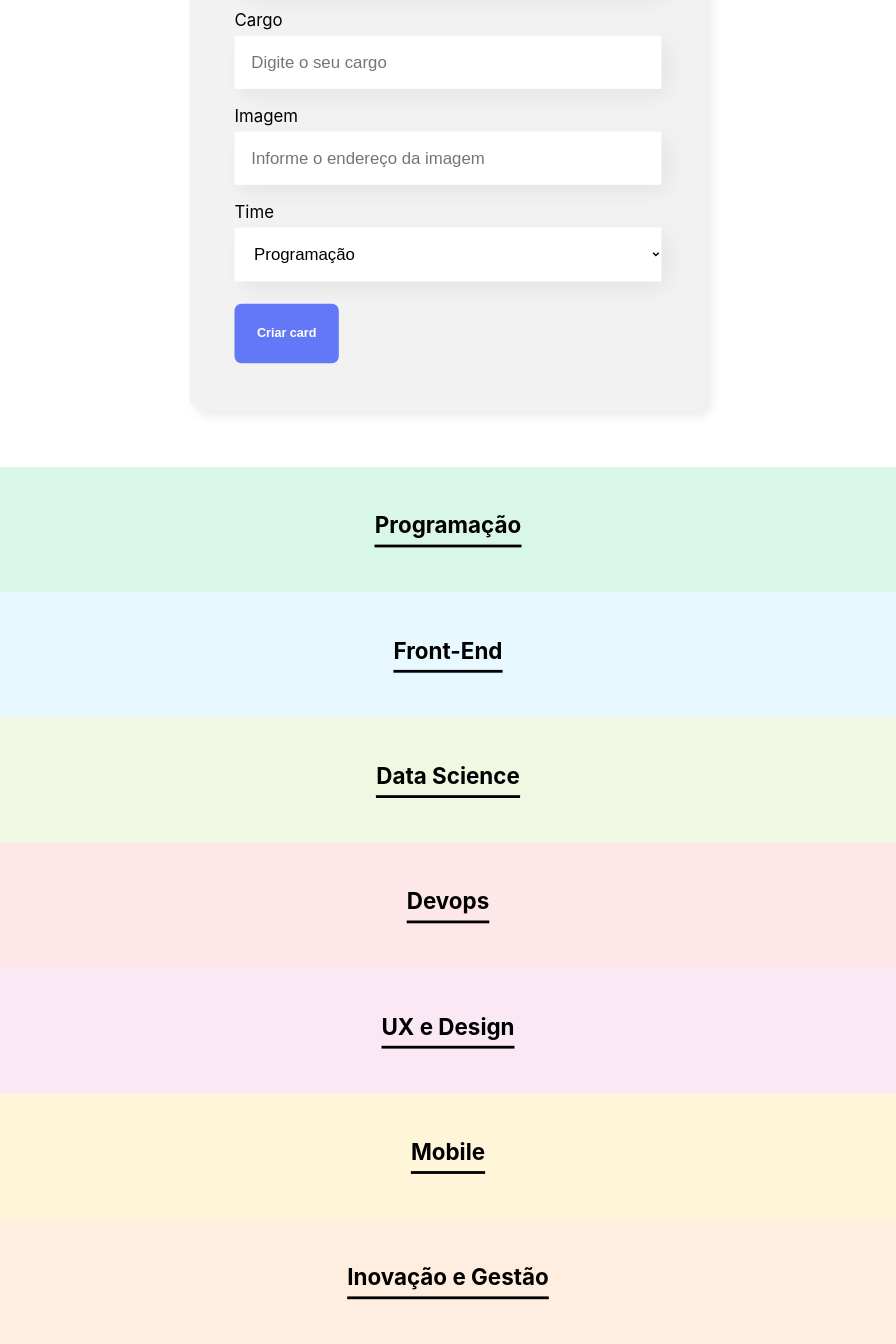
Repository: devMuriloOliveira/organo
Page: /
The author's editor kept a copy of each file at every save. The page is drawn from the files as they stood at one save, then again after the next save.
The browser window is 1280 px wide. The pictures show the part of the page from y = 810 to 2730 px (the page is 2730 px tall), at 70% of full size.
The project was rebuilt for these pictures with package versions that can differ from the ones it lists, and the page was loaded fresh each time.

Above is the page before, as saved 2023-01-13 16:04:12.

### src/App.js

import { useState } from 'react'
import Banner from './componentes/Banner/Banner'
import Formulario from './componentes/Formulario'
import Time from './componentes/Time'


function App() {

  const times = [
    {
      nome: 'Programação',
      corPrimaria: '#57C278',
      corSecundaria: '#D9F7E9'
    },
    {
      nome: 'Front-End',
      corPrimaria: '#82CFFA',
      corSecundaria: '#E8F8FF'
    },
    {
      nome: 'Data Science',
      corPrimaria: '#A6D157',
      corSecundaria: '#F0F8E2'
    },
    {
      nome: 'Devops',
      corPrimaria: '#E06B69',
      corSecundaria: '#FDE7E8'
    },
    {
      nome: 'UX e Design',
      corPrimaria: '#DB6EBF',
      corSecundaria: '#FAE9F5'
    },
    {
      nome: 'Mobile',
      corPrimaria: '#FFBA05',
      corSecundaria: '#FFF5D9'
    },
    {
      nome: 'Inovação e Gestão',
      corPrimaria: '#FF8A29',
      corSecundaria: '#FFEEDF'
    }

  ]

  const [colaboradores, setColaboradores] = useState([])

  const aoNovoColaboradorAdicionado = (colaborador) => {
    console.log(colaborador)
    setColaboradores([...colaboradores, colaborador])
  }

  return (
    <div className="App">
      <Banner/>
      <Formulario aoColaboradorCadastrado={colaborador => aoNovoColaboradorAdicionado(colaborador)} />
      {times.map(time => <Time key={time.nome} nome={time.nome} corPrimaria={time.corPrimaria} corSecundaria={time.corSecundaria}/>)}

    </div>
  )
}

export default App

### src/componentes/Banner/Banner.js
import './Banner.css'

function Banner() {
  return (
    <header className="banner">
      <img src="/imagens/banner.png" alt="O banner principal da pagina Organo"/>
    </header>


    )

}

export default Banner

### src/componentes/Formulario/index.js
import { useState } from 'react'
import Botao from '../Botao'
import CampoTexto from '../CampoTexto'
import ListaSuspensa from '../ListaSuspensa'
import './Formulario.css'

const Formulario = (props) =>{

    const times = [
      'Programação',
      'Front-End',
      'Data Science',
      'Devops',
      'UX e Design',
      'Mobile',
      'Inovação e Gestão'
    ]

    const [nome, setNome] = useState('')
    const [cargo, setCargo] = useState('')
    const [imagem, setImagem] = useState('')
    const [time, setTime] = useState('')



    const aoSalvar = (evento) => {
      evento.preventDefault()
      props.aoColaboradorCadastrado({
        nome,
        cargo,
        imagem,
        time
      })
    }

  return(

    <section className='formulario'>
      <form onSubmit={aoSalvar}>
        <h2>Preencha os dados para criar o card do colaborador.</h2>
      <CampoTexto
      obrigatorio={true}
      label="Nome"
      placeholder="Digite o seu nome"
      valor={nome}
      aoAuterado={valor => setNome(valor)}/>

      <CampoTexto
      obrigatorio={true}
      label="Cargo"
      placeholder="Digite o seu cargo"
      valor={cargo}
      aoAuterado={valor => setCargo(valor)}/>

      <CampoTexto
       label="Imagem"
       placeholder="Informe o endereço da imagem"
       valor={imagem}
       aoAuterado={valor => setImagem(valor)}/>
      <ListaSuspensa
      obrigatorio={true}
      label="Time"
       itens={times}
       valor={time}
       aoAuterado={valor => setTime(valor)}/>
      <Botao>
        Criar card
      </Botao>
      </form>
    </section>
  )
}

export default Formulario

### src/componentes/Time/index.js
import './Time.css'

const Time = (props) => {
  const css = { backgroundColor: props.corSecundaria}
  return(
    <section className='time' style={css}>
      <h3>{props.nome}</h3>
    </section>
  )
}

export default Time

### src/componentes/Banner/Banner.css
.banner {
  background-color: #6278F7;
  text-align: center;
}

.banner img {
  max-width: 100%;
}

### src/componentes/Botao/index.js
import './Botao.css'

const Botao = (props) =>{
  return(
      <button className='botao'>
        {props.children}
      </button>
  )
}

export default Botao

### src/componentes/CampoTexto/index.js
import './CampoTexto.css'

const CampoTexto = (props) =>{



  const aiDigitado = (evento) =>{
  props.aoAuterado(evento.target.value)
}

  return(
    <div className="campo-texto">
      <label>{props.label}</label>
      <input value={props.valor} onChange={aiDigitado} required={props.obrigatorio} placeholder={props.placeholder}/>
    </div>
  )
}

export default CampoTexto

### src/componentes/ListaSuspensa/index.js
import './ListaSuspensa.css'

const ListaSuspensa = (props) => {
  return(
    <div className='lista-suspensa'>
        <label>{props.label}</label>
        <select onChange={evento => props.aoAuterado(evento.target.value)} required={props.required} value={props.value}>
          {props.itens.map(item => {
            return <option key={item}>{item}</option>
          })}
        </select>
    </div>
  )
}

export default ListaSuspensa

### src/componentes/Formulario/Formulario.css
.formulario {
  display: flex;
  justify-content: center;
  margin: 80px 0;
}

.formulario form {
  max-width: 80%;
  background-color: #f2f2f2;
  border-radius: 20px;
  padding: 36px 64px;
  box-shadow: 8px 8px 16px rgba(0, 0, 0, 0.08);
}

### src/componentes/Time/Time.css
.time {
  text-align: center;
  padding: 32px;

}

.time h3 {
  font-size: 32px;
  border-bottom: 4px solid;
  display: inline-block;
  padding-bottom: 8px;

}

### src/componentes/Botao/Botao.css
.botao {
  background-color: #6278F7;
  border-radius: 10px;
  font-weight: 700;
  font-size: 18px;
  padding: 32px;
  border: none;
  cursor: pointer;
  color: #fff;
  margin: 32px 0;
}

.botao:hover {
  color: #95ffd4;
}

### src/componentes/CampoTexto/CampoTexto.css
.campo-texto {
  margin: 24px 0;
}

.campo-texto label {
  display: block;
  margin-bottom: 8px;
  font-size: 24px;
}

.campo-texto input {
  background-color: #fff;
  box-shadow: 10px 10px 30px rgba(0, 0, 0, 0.06);
  width: 100%;
  border: none;
  font-size: 24px;
  padding: 24px;
  box-sizing: border-box;
}

### src/componentes/ListaSuspensa/ListaSuspensa.css
.lista-suspensa label {
  display: block;
  margin-bottom: 8px;
  font-size: 24px;
}

.lista-suspensa select {
  background-color: #fff;
  box-shadow: 10px 10px 30px rgba(0, 0, 0, 0.06);
  width: 100%;
  border: none;
  font-size: 24px;
  padding: 24px;
  box-sizing: border-box;
}

Loaded but not shown: public/index.html (common file); src/index.js (common file); src/index.css (common file)

After the next save:
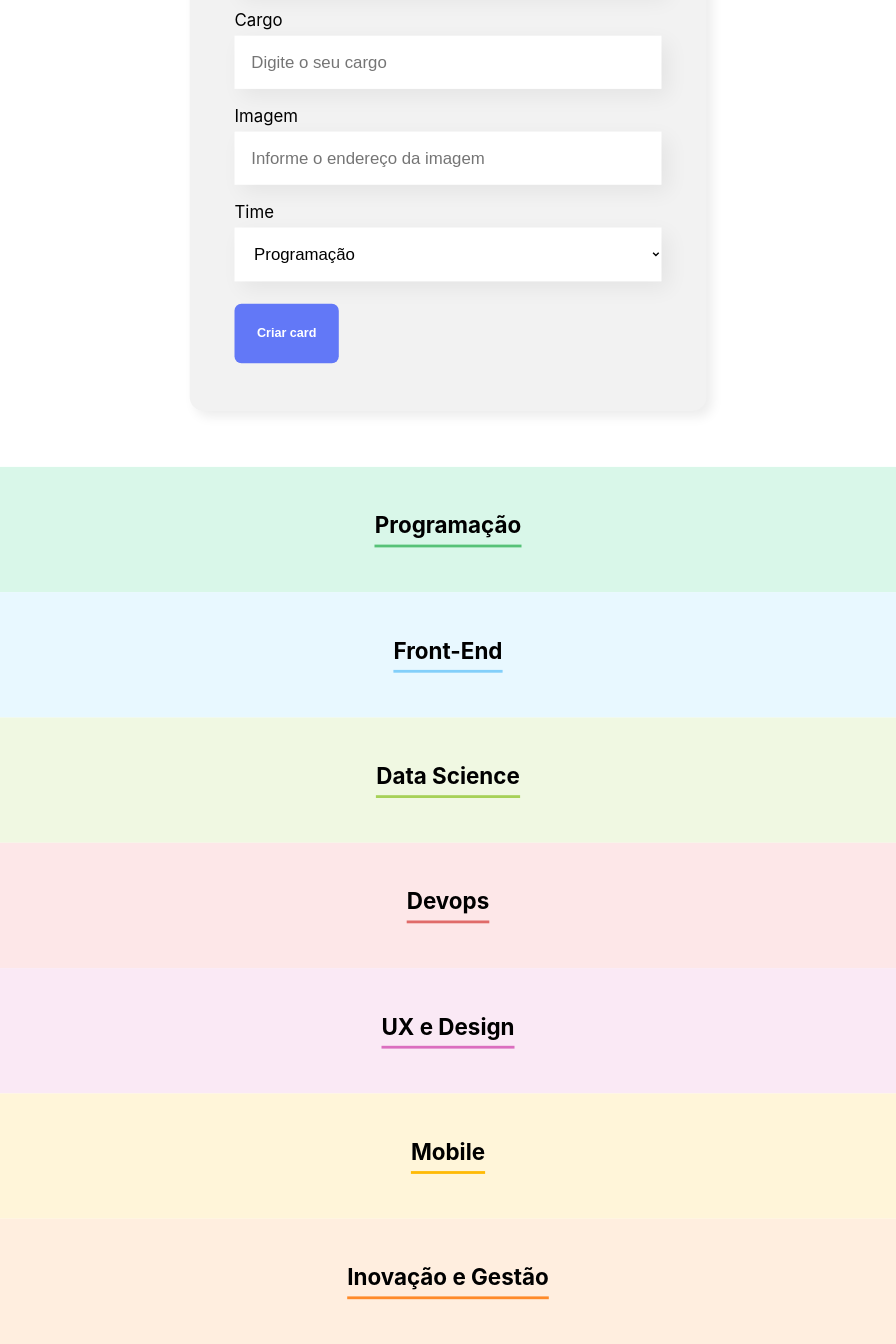
Saved 2 min 2 s later.
--- a/src/componentes/Time/index.js
+++ b/src/componentes/Time/index.js
@@ -4,7 +4,7 @@ const Time = (props) => {
   const css = { backgroundColor: props.corSecundaria}
   return(
     <section className='time' style={css}>
-      <h3>{props.nome}</h3>
+      <h3 style={{borderColor: props.corPrimaria}}>{props.nome}</h3>
     </section>
   )
 }
